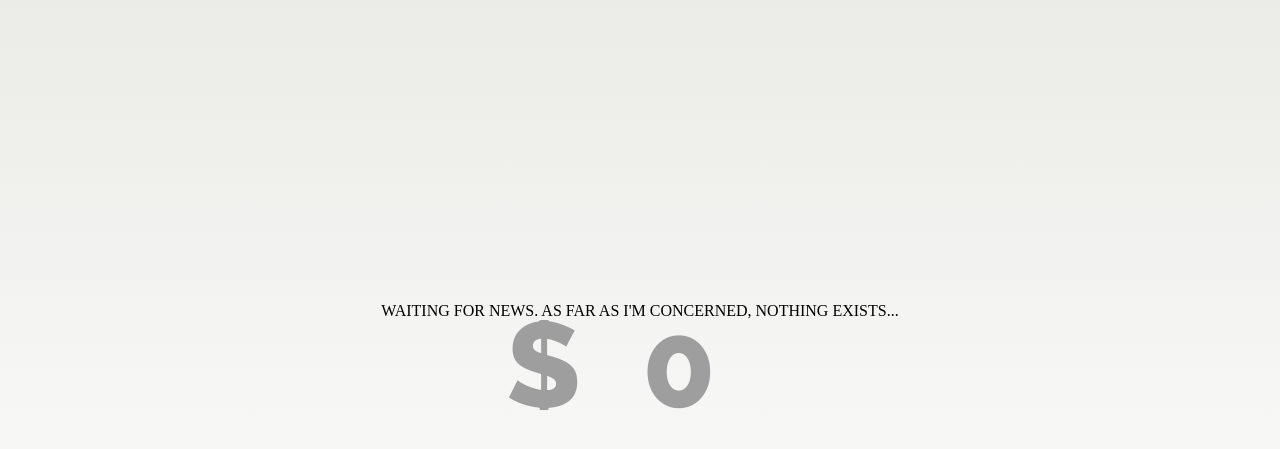
Repository: jameyel/hackathon-frontend
Page: index.html
An editor plug-in stored every save of this project. The page is shown before and after the next save, followed by the edit.
The browser window is 1280 px wide. The pictures show the whole page.
Pictures or frames that could not be fetched are drawn as grey boxes. The page's requests for data from a server got no answer.

Above is the page before, as saved 2018-12-19 11:53:56.

After the next save:
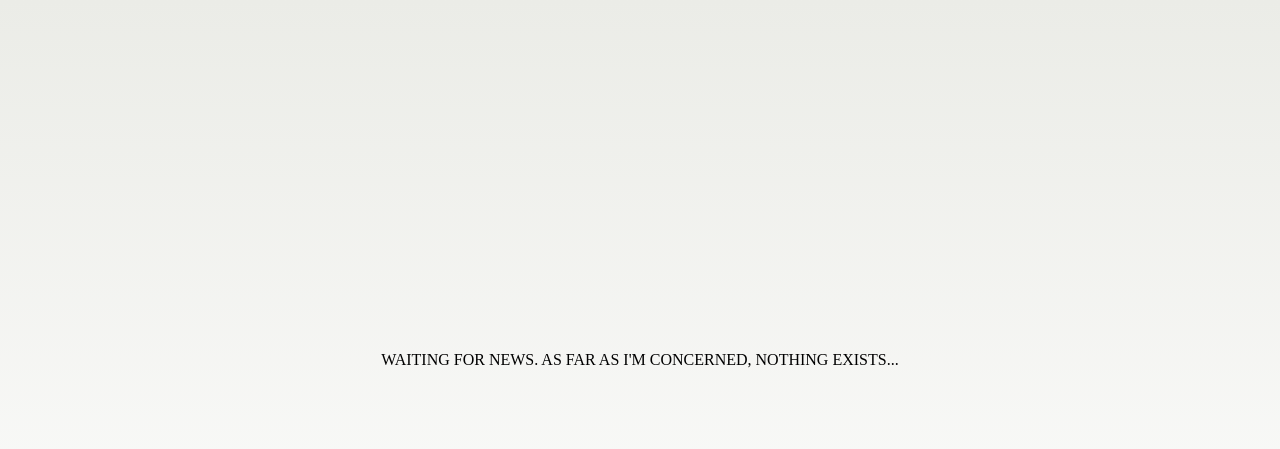
Saved 65 s later.
--- a/index.html
+++ b/index.html
@@ -11,7 +11,7 @@
       <span class="news"
         >Waiting for news. As far as I'm concerned, nothing exists...</span
       >
-      <h1 class="money">$0</h1>
+      <h1 class="money"></h1>
       <span class="footer"></span>
     </div>
     <script src="https://cdnjs.cloudflare.com/ajax/libs/jquery/3.3.1/jquery.min.js"></script>
--- a/js/main.js
+++ b/js/main.js
@@ -89,7 +89,7 @@ $(document).ready(function() {
         finalResult = 'less';
       }
       debugger;
-      $('.letterDrop').text(money);
+      $('.money').text(money);
       $('.footer').text(
         finalResult +
           " than yesterday (so far today). I'm not saying theyre related, but we can't rule it out!"
